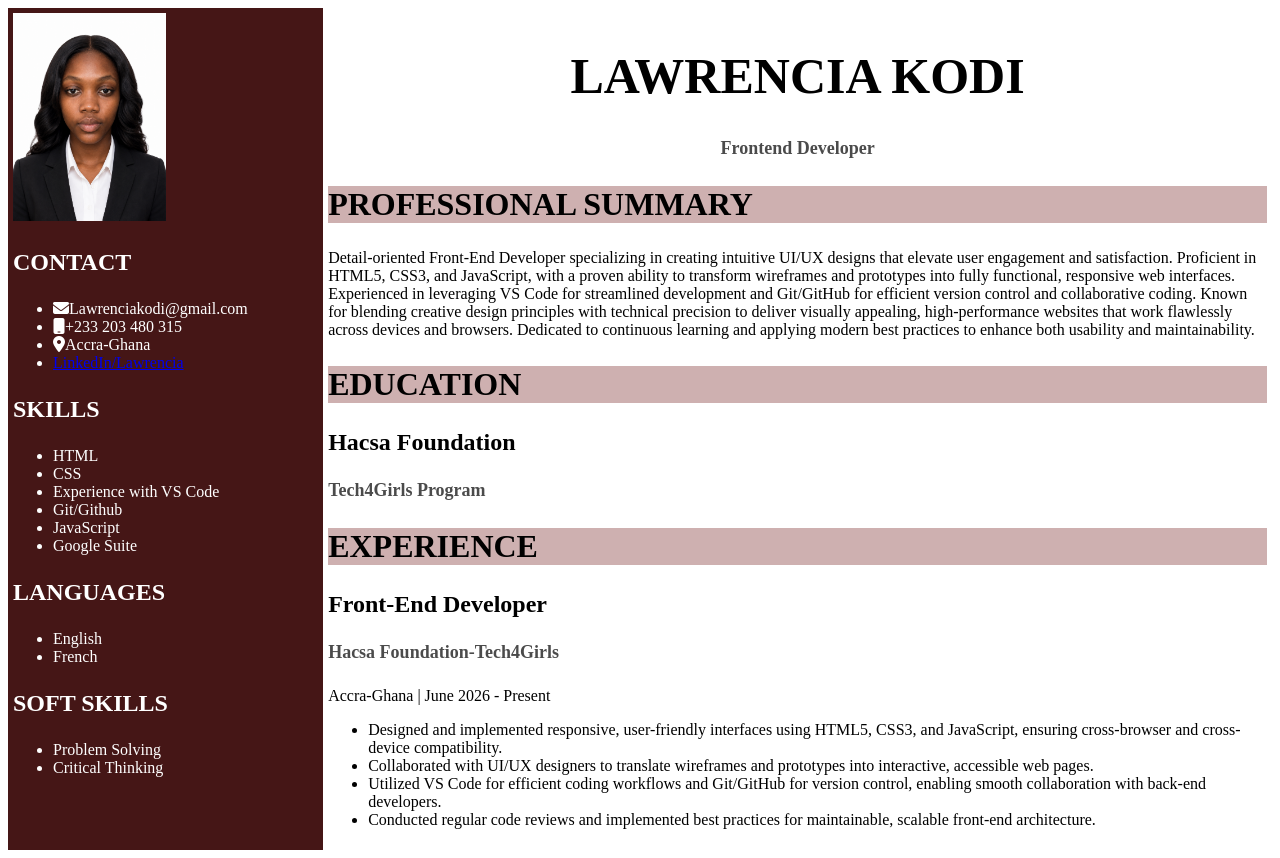
Repository: lawrencia-coder/T4G_CV
Page: index.html
The author's editor kept a copy of each file at every save. The page is drawn from the files as they stood at one save, then again after a run of saves.
The browser window is 1280 px wide. The pictures show the whole page.
Some icons come from a web library that is not loaded, so they are not drawn. Some web libraries are served in a nearby version.

Above is the page before, as saved 2026-07-15 08:04:54.

### index.html
<!DOCTYPE html>
<html lang="en">
<head>
    <meta charset="UTF-8">
    <meta name="viewport" content="width=device-width, initial-scale=1.0">
    <script src="https://kit.fontawesome.com/c72fc9c022.js" crossorigin="anonymous"></script>
    <title>T4G_CV</title>
    <link rel="stylesheet" href="style.css">
</head>
<body>
    <div class="cv-container">
        <div class="left-column">
            <img src="images/passport pic 1.png" alt="" width="50%" height="25%">
            <h3>CONTACT</h3>
             <p>
              <ul>
                <li><i class="fa-solid fa-envelope" style="color: rgb(255, 255, 255);"></i>Lawrenciakodi@gmail.com</li>
                <li><i class="fa-solid fa-mobile" style="color: rgb(255, 255, 255);"></i>+233 203 480 315</li>
                <li><i class="fa-solid fa-location-dot" style="color: rgb(255, 255, 255);"></i>Accra-Ghana</li>
                <li><i class="fa-brands fa-square-linkedin" style="color: rgb(255, 255, 255);"></i><a href="www.linkedin.com/in/lawrencia-kodi-192a71305" target="_blank" rel="noopener noreferrer">LinkedIn/Lawrencia</a></li>
              </ul>
             </p>

            <h3>SKILLS</h3>
             <p>
                <ul>
                    <li>HTML</li>
                    <li>CSS</li>
                    <li>Experience with VS Code</li>
                    <li>Git/Github</li>
                    <li>JavaScript</li>
                    <li>Google Suite</li>
                </ul>
             </p>

             <h3>LANGUAGES</h3>
             <p>
                <ul>
                    <li>English</li>
                    <li>French</li>
                </ul>
             </p>

             <h3>SOFT SKILLS</h3>
             <p>
                <ul>
                    <li>Problem Solving</li>
                    <li>Critical Thinking</li>

                </ul>
             </p>
        </div>
         <div class="right-column">
             <h1>LAWRENCIA KODI  </h1>
             <h4 style="text-align: center;">Frontend Developer</h4>
             <h2>PROFESSIONAL SUMMARY</h2>
              <p>Detail-oriented Front-End Developer specializing in creating intuitive UI/UX designs that elevate user engagement and satisfaction.
                 Proficient in HTML5, CSS3, and JavaScript, with a proven ability to transform wireframes and prototypes into fully functional, responsive web interfaces.
                 Experienced in leveraging VS Code for streamlined development and Git/GitHub for efficient version control and collaborative coding.
                 Known for blending creative design principles with technical precision to deliver visually appealing, high-performance websites that work flawlessly across devices and browsers.
                 Dedicated to continuous learning and applying modern best practices to enhance both usability and maintainability.
                </p>

                <h2>EDUCATION</h2>
                <p>
                    <h3>Hacsa Foundation</h3>
                    <h4>Tech4Girls Program</h4>

                <h2>EXPERIENCE</h2>
                <p>
                    <h3>Front-End Developer</h3>
                    <h4>Hacsa Foundation-Tech4Girls </h4>
                    <p2>Accra-Ghana   |   June 2026 - Present</p2>
                </p>
                 <p>
                    <ul>
                        <li>Designed and implemented responsive, user-friendly interfaces using HTML5, CSS3, and JavaScript, ensuring cross-browser and cross-device compatibility.</li>
                        <li>Collaborated with UI/UX designers to translate wireframes and prototypes into interactive, accessible web pages.</li>
                        <li>Utilized VS Code for efficient coding workflows and Git/GitHub for version control, enabling smooth collaboration with back-end developers.</li>
                        <li>Conducted regular code reviews and implemented best practices for maintainable, scalable front-end architecture.</li>
                    </ul>
                 </p>
         </div>
    </div>

</body>
</html>

### style.css
/* styling headings */
h1{
    text-align: center;
    font-size: 50px;
    margin-bottom: none;
}

h4{
    opacity: calc(70%);
    font-size: large;
}

h2{
    background-color: rgb(206, 176, 176);
    font-size: xx-large;
}

h3{
    font-size: x-large;
}

h5{
font-size: large;
opacity: 80%;
display: flex;
flex-direction: row;
}

h6{
align-self: flex-end;
}


/* styling cv-container */
.cv-container{
    display: flex;
    width: 100%;
    min-height: 100vh;
}

.left-column{
width: 26%;
background-color: rgb(69, 22, 22);
color: white;
padding: 5px;
}

.right-column{
    width: 80%;
    background-color: white;
    color: black;
    padding: 5px;
}

After the next 2 saves:
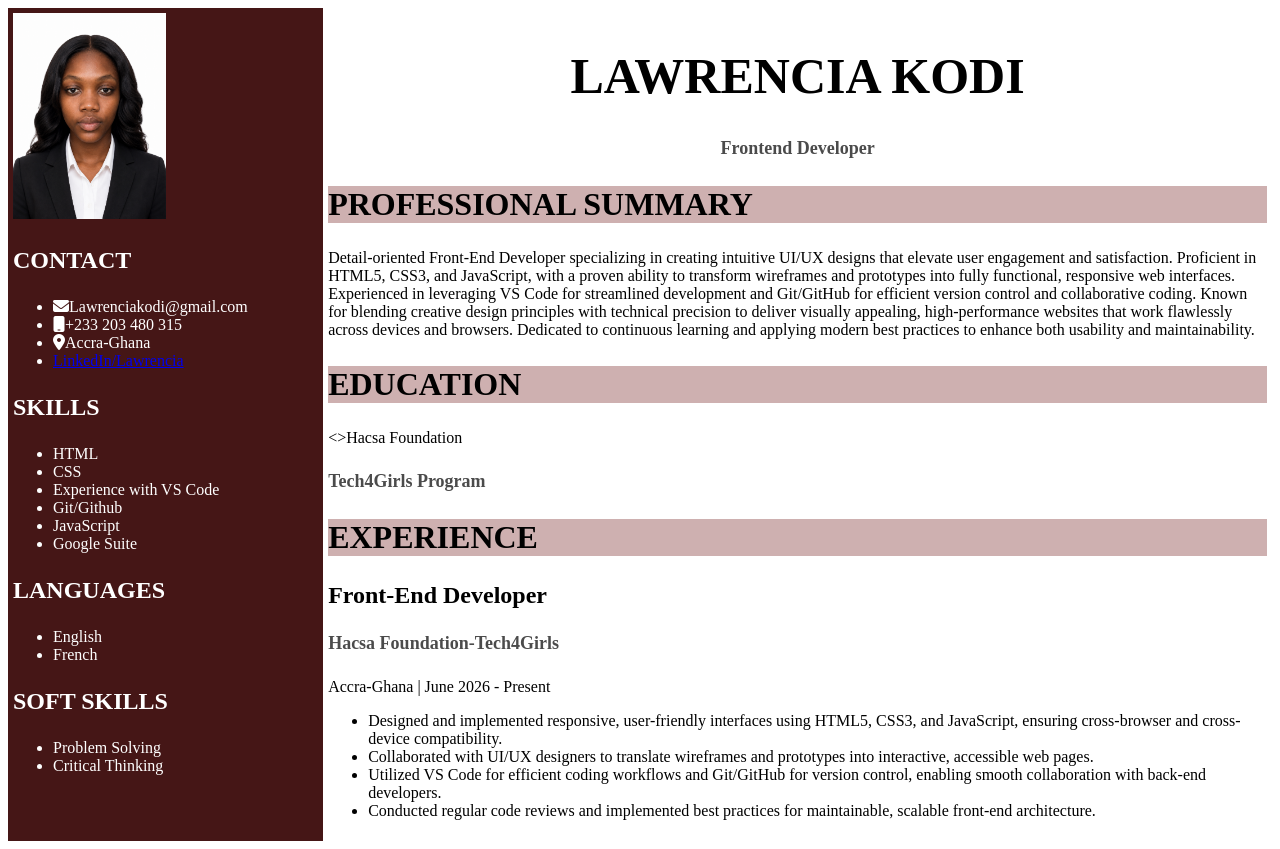
The 2 saves are shown as one change because they came seconds apart.
The last was saved 10 s later.
--- a/index.html
+++ b/index.html
@@ -62,8 +62,7 @@
                 </p>
 
                 <h2>EDUCATION</h2>
-                <p>
-                    <h3>Hacsa Foundation</h3>
+                    <>Hacsa Foundation</h3>
                     <h4>Tech4Girls Program</h4>
 
                 <h2>EXPERIENCE</h2>
